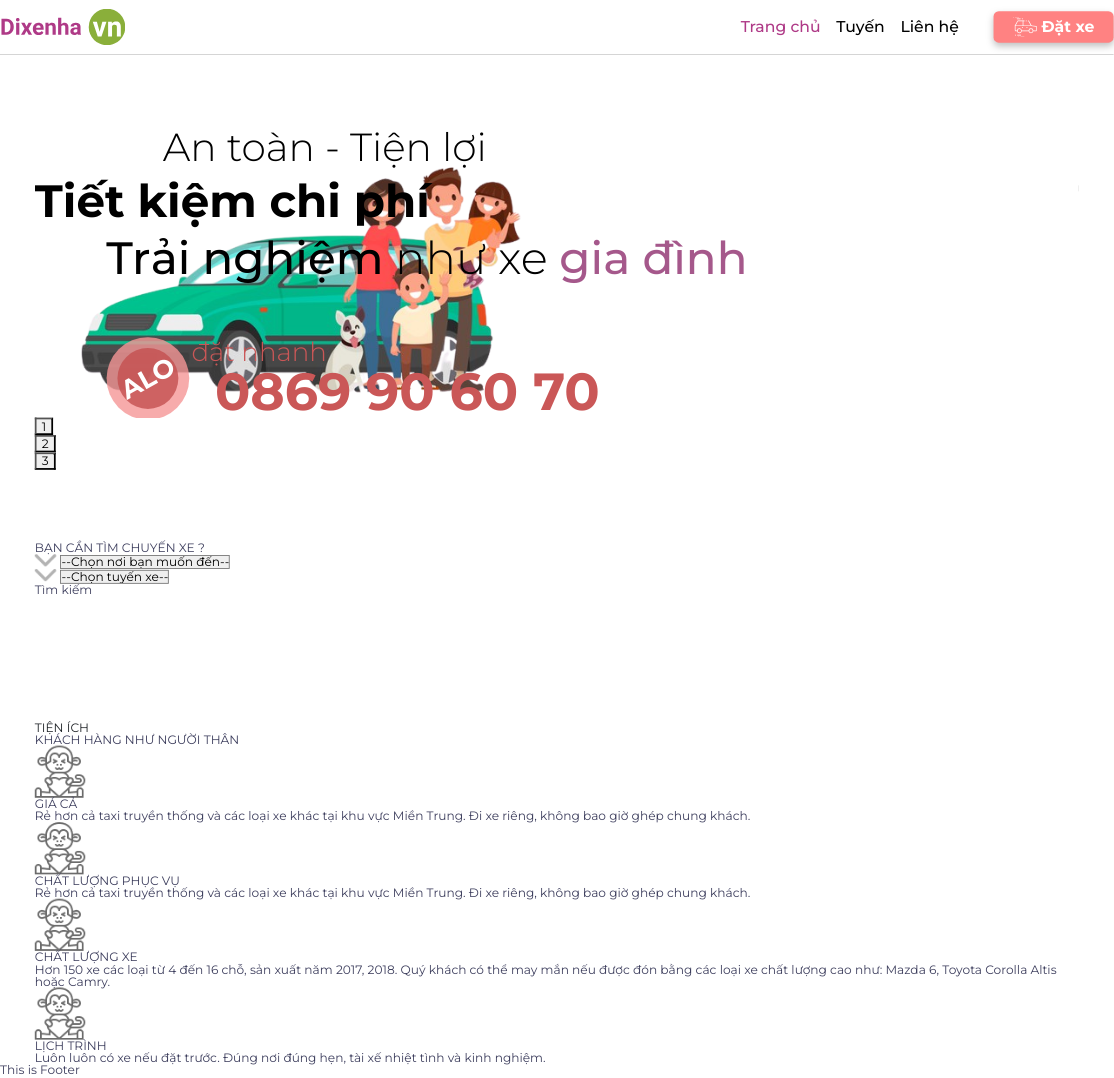
Repository: thanhthien0706/last_project--fe004
Page: lastProductF004/dist/index.html
An editor plug-in stored every save of this project. The page is shown before and after the next save, followed by the edit.
The browser window is 1280 px wide. The pictures show the whole page, at 87% of full size.
Some web libraries are served in a nearby version. The style sheet was rebuilt from its Sass, Less or Tailwind sources for each picture, by a compiler version that may differ from the author's.

Above is the page before, as saved 2021-09-16 20:12:18.

After the next save:
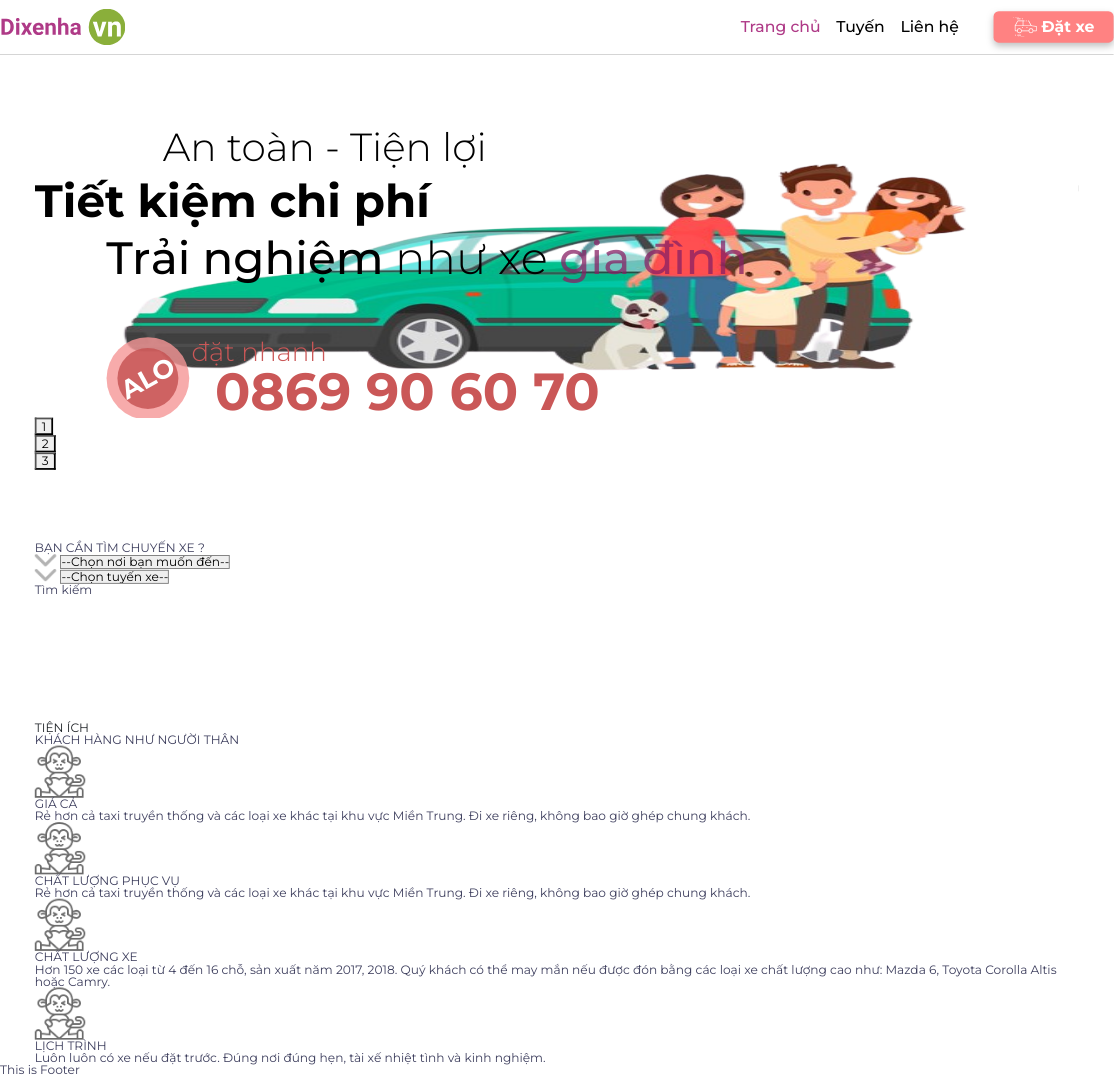
Saved 72 s later.
--- a/lastProductF004/src/styles/pages/_homepage.scss
+++ b/lastProductF004/src/styles/pages/_homepage.scss
@@ -104,6 +104,12 @@ html {
                     }
                 }
             }
+            .box_img{
+                img{
+                    width: 100%;
+                    height: 100%;
+                }
+            }
         }
     }
 }
